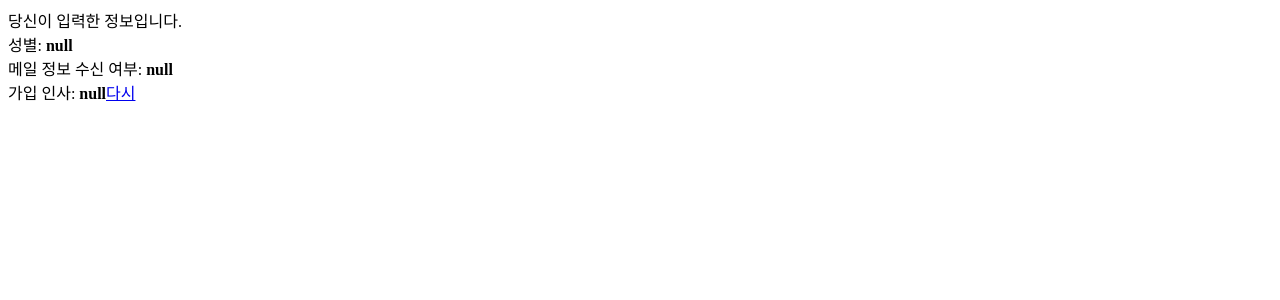
Repository: Yoon-jae-min/JSP-Servlet_Study
Page: http://localhost/web-study-02/RadioServlet
An editor plug-in stored every save of this project. The page is shown before and after the next save, followed by the edit.
The browser window is 1280 px wide. The pictures show the whole page.
The page is served by Tomcat 10.

Above is the page before, as saved 2024-06-06 08:32:17.

After the next save:
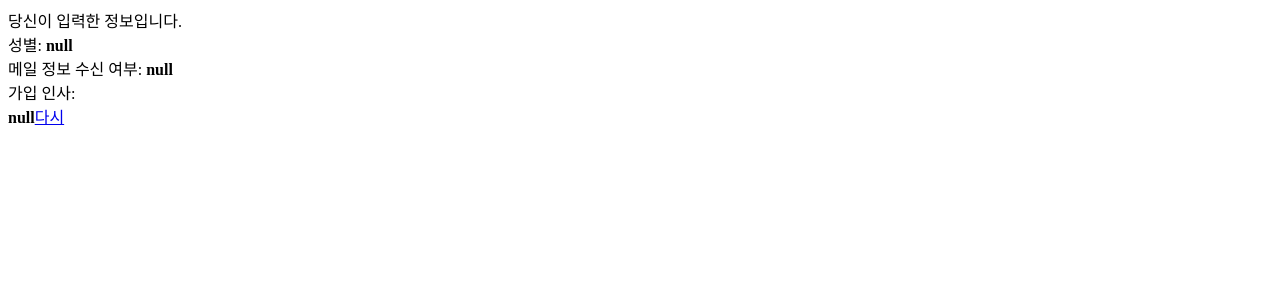
Saved 30 s later.
--- a/JSP&Servlet-Study/web-study-02/src/main/java/unit08/RadioServlet.java
+++ b/JSP&Servlet-Study/web-study-02/src/main/java/unit08/RadioServlet.java
@@ -31,7 +31,7 @@ public class RadioServlet extends HttpServlet {
 		out.print(gender);
 		out.print("</b><br>메일 정보 수신 여부: <b>");
 		out.print(chk_mail);
-		out.print("</b><br>가입 인사: <b>");
+		out.print("</b><br>가입 인사: <br><b>");
 		out.print(content);
 
 		out.print("</b><a href='javascript:history.go(-1)'>다시</a>");
